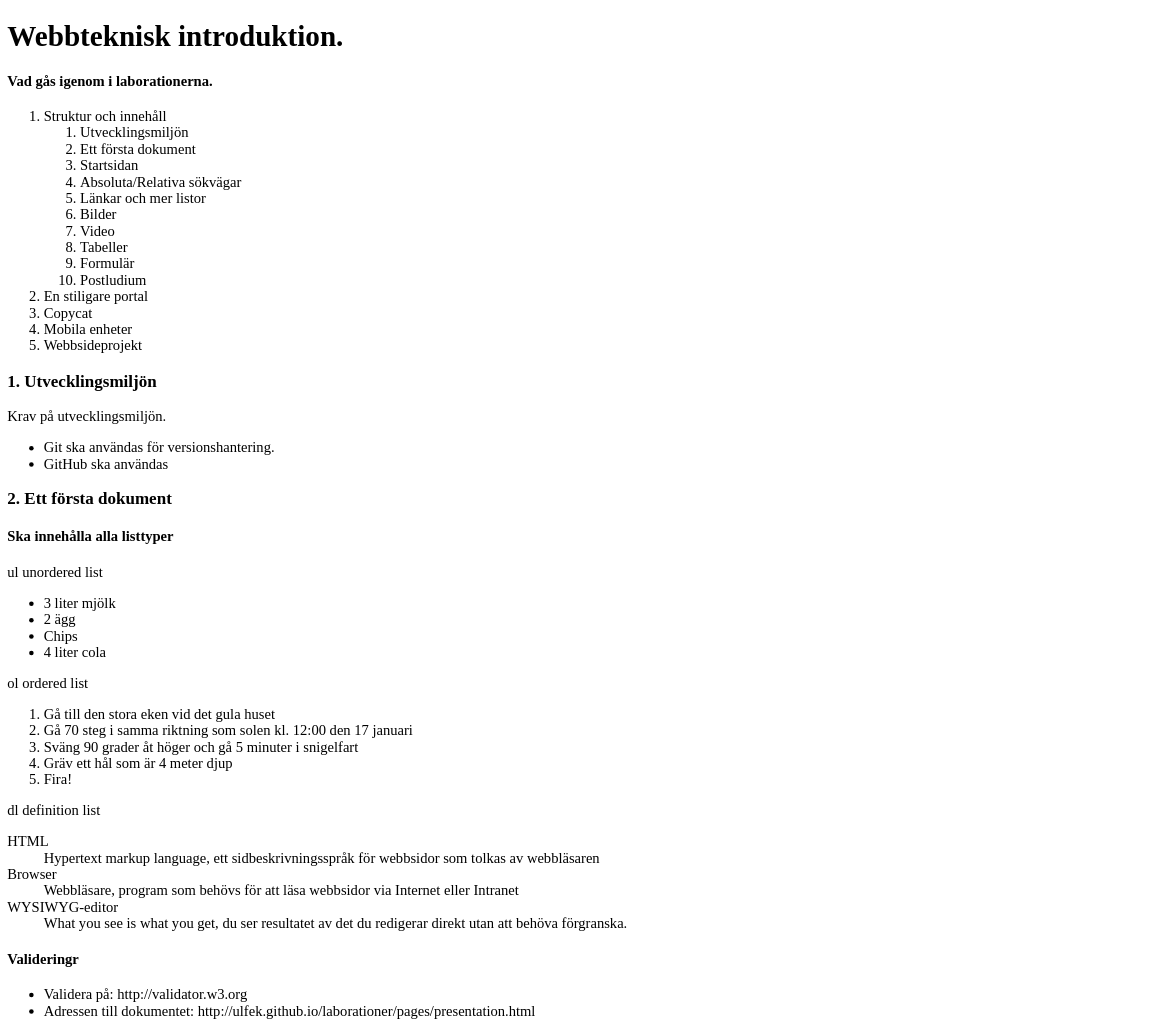
Repository: ulfek/laborationer
Page: pages/presentation.html
The author's editor kept a record of every edit. The page is drawn from the files as they stood at one moment, then again after the next edit.
The browser window is 1280 px wide. The pictures show the whole page, at 91% of full size.

Above is the page before.

### pages/presentation.html
<!doctype html>
<html>
    <head>
    <meta charset="utf-8" />

    <body>
        <!-- Test av kommentar -->
        <h1>Webbteknisk introduktion.</h1>
        <h4>Vad gås igenom i laborationerna.</h4>
        <ol>
            <li>Struktur och innehåll
                <ol>
                    <li>Utvecklingsmiljön</li>
                    <li>Ett första dokument</li>
                    <li>Startsidan</li>
                    <li>Absoluta/Relativa sökvägar</li>
                    <li>Länkar och mer listor</li>
                    <li>Bilder</li>
                    <li>Video</li>
                    <li>Tabeller</li>
                    <li>Formulär</li>
                    <li>Postludium</li>
                </ol>
            </li>

            <li>En stiligare portal</li>
            <li>Copycat</li>
            <li>Mobila enheter</li>
            <li>Webbsideprojekt</li>
        </ol>
        <h3>1. Utvecklingsmiljön</h3>
        Krav på utvecklingsmiljön.
            <ul>
                <li>Git ska användas för versionshantering.</li>
                <li>GitHub ska användas</li>
            </ul>

        <h3>2. Ett första dokument</h3>
        <h4>Ska innehålla alla listtyper</h4>
                ul unordered list
                         <ul>
                             <li>3 liter mjölk</li>
                             <li>2 ägg</li>
                             <li>Chips</li>
                             <li>4 liter cola</li>
                         </ul>
                ol ordered list
                         <ol>
                             <li>Gå till den stora eken vid det gula huset</li>
                             <li>Gå 70 steg i samma riktning som solen kl. 12:00 den 17 januari</li>
                             <li>Sväng 90 grader åt höger och gå 5 minuter i snigelfart</li>
                             <li>Gräv ett hål som är 4 meter djup</li>
                             <li>Fira!</li>
                         </ol>
                dl definition list
                <dl>
                        <dt>HTML</dt>
                            <dd>Hypertext markup language, ett sidbeskrivningsspråk för webbsidor som tolkas av webbläsaren</dd>
                        <dt>Browser</dt>
                            <dd>Webbläsare, program som behövs för att läsa webbsidor via Internet eller Intranet</dd>
                        <dt>WYSIWYG-editor</dt>
                            <dd>What you see is what you get, du ser resultatet av det du redigerar direkt utan att behöva förgranska.</dd>
                </dl>
        <h4>Valideringr</h4>
        <ul>
        <li>Validera på: http://validator.w3.org</li>
        <li>Adressen till dokumentet: http://ulfek.github.io/laborationer/pages/presentation.html</li>
        </ul>
</body>

</html>

After the next edit:
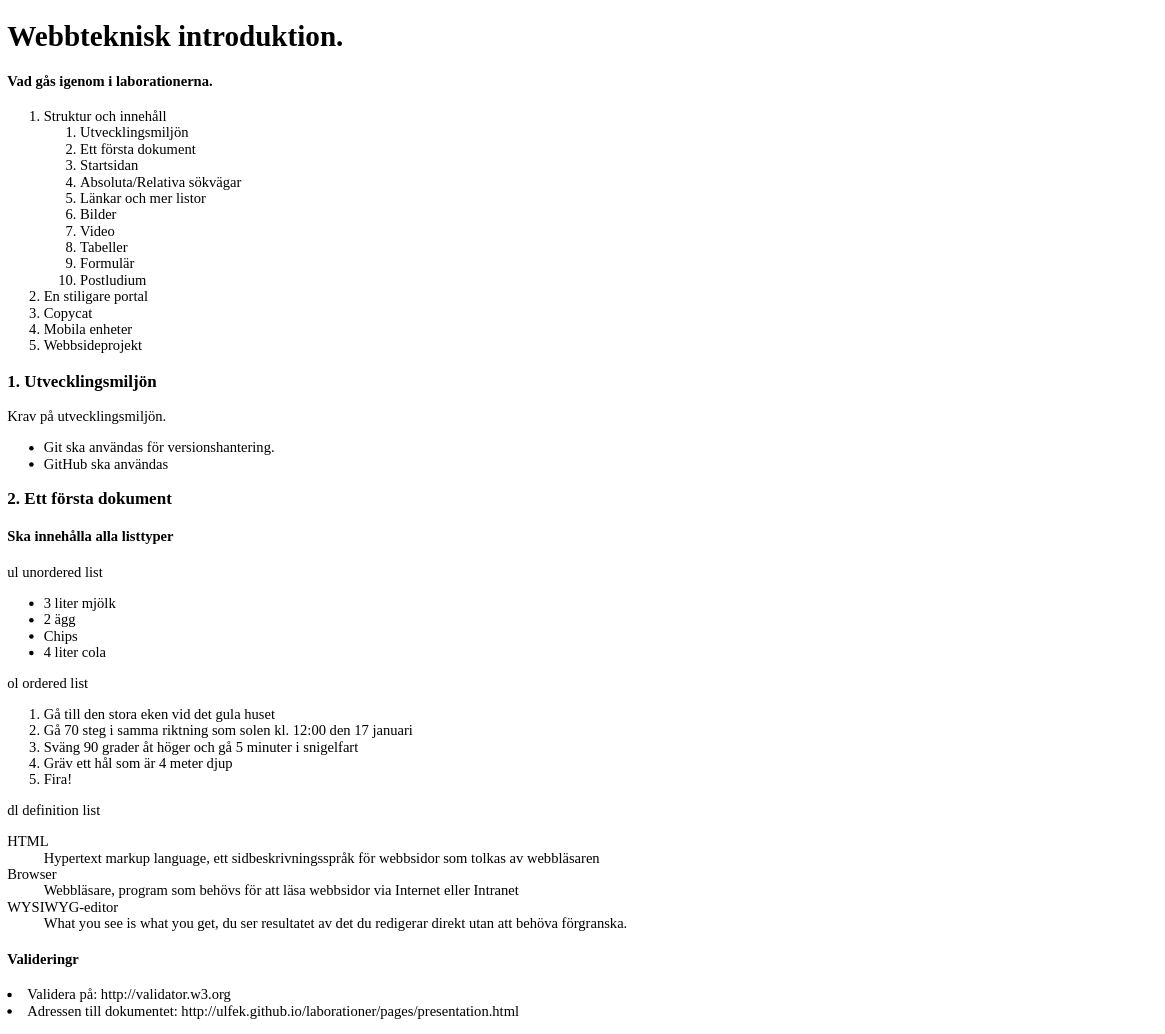
The edit:
--- a/pages/presentation.html
+++ b/pages/presentation.html
@@ -62,7 +62,7 @@
                             <dd>What you see is what you get, du ser resultatet av det du redigerar direkt utan att behöva förgranska.</dd>
                 </dl>
         <h4>Valideringr</h4>
-        <ul>
+        <dl>
         <li>Validera på: http://validator.w3.org</li>
         <li>Adressen till dokumentet: http://ulfek.github.io/laborationer/pages/presentation.html</li>
         </ul>
